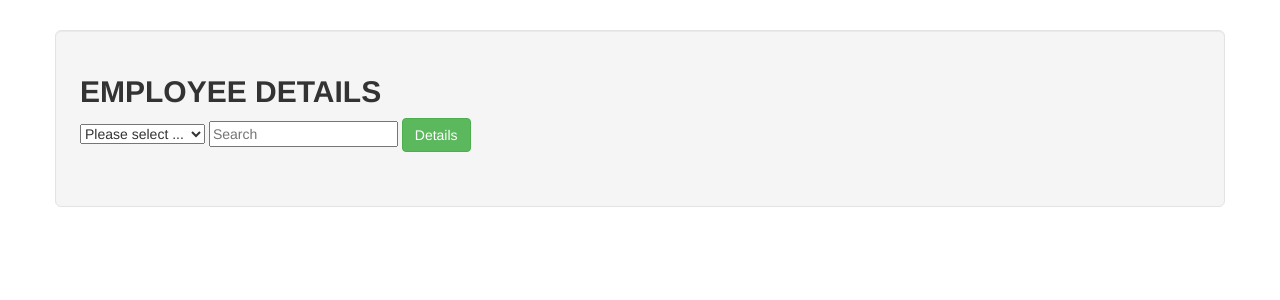
Repository: royakash07/FirstWebApplication
Page: http://localhost/SampleWebApplication/Details.jsp
An editor plug-in stored every save of this project. The page is shown before and after the next save, followed by the edit.
The browser window is 1280 px wide. The pictures show the whole page.
Some web libraries are served in a nearby version. The page is served by Tomcat 9. Other server files are loaded and not shown.

Above is the page before, as saved 2017-12-06 06:06:33.

### SampleWebApplication/WebContent/Details.jsp
<%@ page language="java" contentType="text/html; charset=ISO-8859-1"
    pageEncoding="ISO-8859-1"%>
    <%@ page import ="Helper.Employee"%>
    <%@ page import ="java.util.*" %>
    <%@ page import ="java.util.ArrayList" %>
<!DOCTYPE html PUBLIC "-//W3C//DTD HTML 4.01 Transitional//EN" "http://www.w3.org/TR/html4/loose.dtd">
<html>
<head>
<meta http-equiv="Content-Type" content="text/html; charset=ISO-8859-1">
<title>Details</title>
 <link rel="stylesheet" href="https://maxcdn.bootstrapcdn.com/bootstrap/3.3.7/css/bootstrap.min.css">
 <script src="https://ajax.googleapis.com/ajax/libs/jquery/3.2.1/jquery.min.js"></script>
  <script src="https://maxcdn.bootstrapcdn.com/bootstrap/3.3.7/js/bootstrap.min.js"></script>
<meta http-equiv="Content-Type" content="text/html; charset=ISO-8859-1">
<style>
.myDiv
{
display:"none";
}
</style>
<script>
function myFunction() {
    var x = document.getElementById("myDIV");
    if (x.style.display === "none") {
        x.style.display = "block";
    } else {
        x.style.display = "none";
    }
}</script>
</head>
<body>
<div style="padding: 30px">
<div class="container well well-lg">
<h2><strong>EMPLOYEE DETAILS</strong></h2>
<form action="EmployeeDetails" method="post">
<select name="empDetail" id="empDetail" >
<option class="drop"selected="selected">Please select ...</option>
<option value="all">Get All Details</option>
<option value="byName">Details by Name</option>
<option value="byId">Details by Id</option>
</select>
<input type="text" name="SearchBox" placeholder="Search">
<input type="submit" class="btn btn-success" value="Details"  onclick="myFunction()">
<div class="myDiv" style="opacity:0" >
<table>
<%
List<Employee> empList=(ArrayList<Employee>)request.getAttribute("empDetail");
System.out.println("------->"+empList);
if (empList != null && !empList.isEmpty()){
	%>
	<tr>
<td>Employee Name</td>
<td>Employee Id</td>
</tr>
<%
for(Employee emp:empList)
{
%>
<tr>
<td><%=emp.getEmployeeName() %></td>
<td><%=emp.getEmployeeId() %></td>
</tr>
<%}} else {
%>
<p>No Records Found</p>
<% }%>
</table>
</div>
</form>
</div>
</div>

</body>
</html>

After the next save:
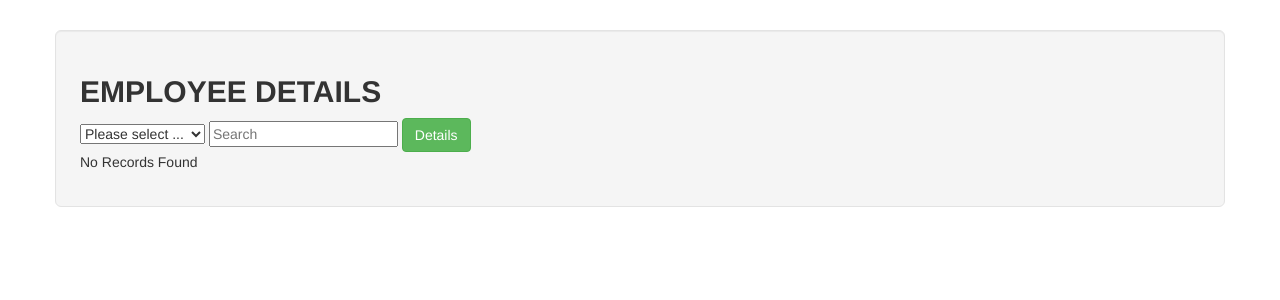
Saved 21 s later.
--- a/SampleWebApplication/WebContent/Details.jsp
+++ b/SampleWebApplication/WebContent/Details.jsp
@@ -41,7 +41,7 @@ function myFunction() {
 </select>
 <input type="text" name="SearchBox" placeholder="Search">
 <input type="submit" class="btn btn-success" value="Details"  onclick="myFunction()">
-<div class="myDiv" style="opacity:0" >
+<div class="myDiv">
 <table>
 <%
 List<Employee> empList=(ArrayList<Employee>)request.getAttribute("empDetail");
